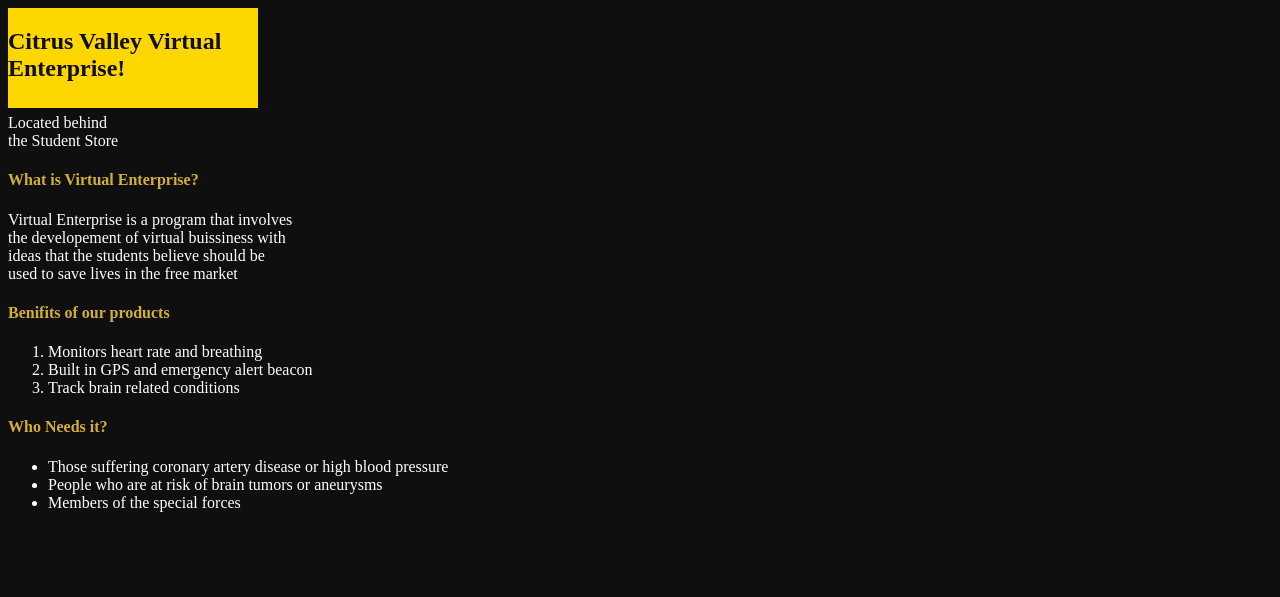
Repository: VirtualEnterpriseCali/VitrualEnterpriseCali.github.io
Page: index.html
The author's editor kept a record of every edit. The page is drawn from the files as they stood at one moment, then again after the next edit.
The browser window is 1280 px wide. The pictures show the whole page.

Above is the page before.

After the next edit:
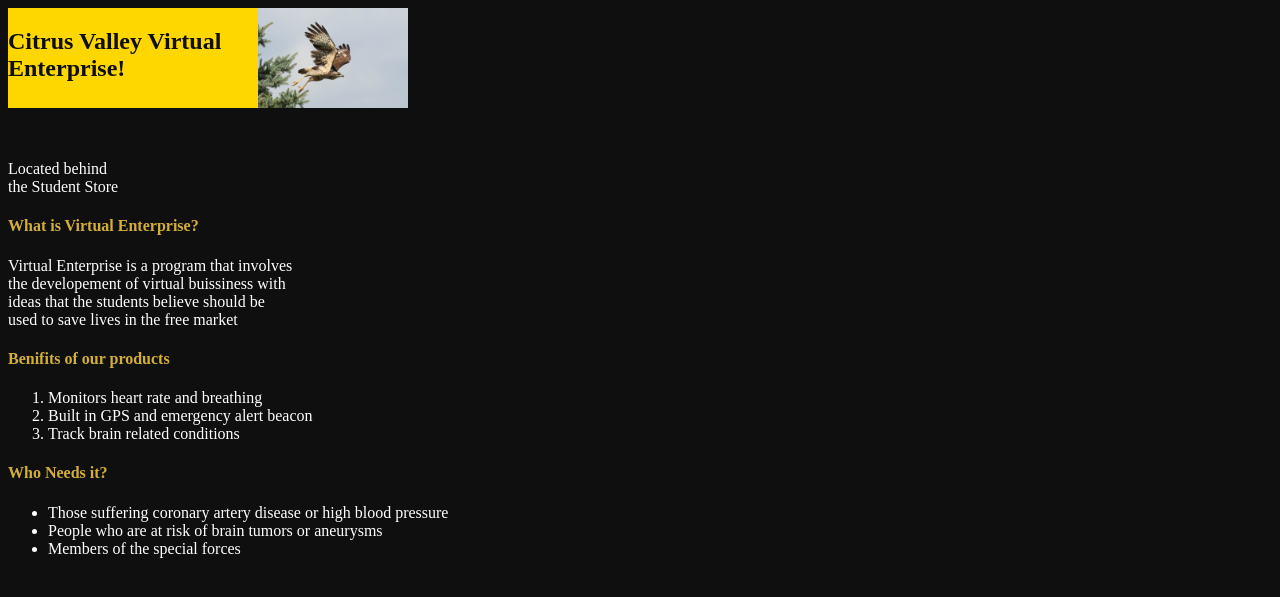
The edit:
--- a/index.html
+++ b/index.html
@@ -9,11 +9,11 @@
         }
         </style>
         <body>
-        <br>
-        <br>
+            <img src="hawk.jpg" alt="hawk" width="150">
         <br>
         <br>
         <br><p>Located behind <br>
+        <link rel="https://www.google.com/maps/place/Citrus+Valley+High+School/@34.0826291,-117.1945789,17z/data=!3m1!4b1!4m5!3m4!1s0x80dcaa8bd624c84d:0xccdb29fdec7379ce!8m2!3d34.0826291!4d-117.1923902" />
         the Student Store</p>
         <h4>What is Virtual Enterprise?</h4>
         <p>Virtual Enterprise is a program that involves<br>
